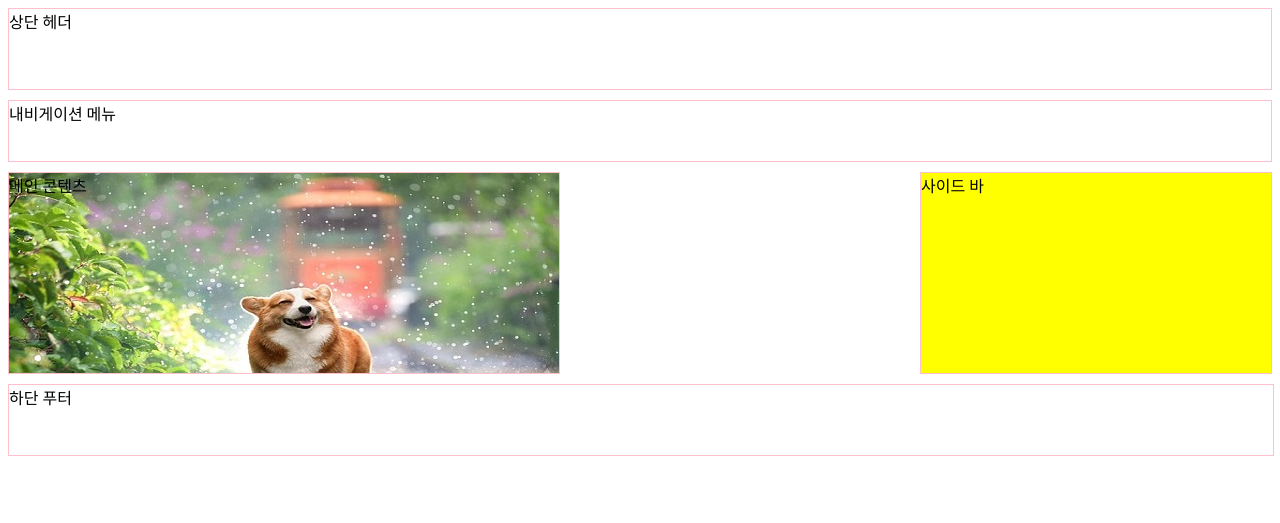
Repository: woosungtae/html_css
Page: pro01/public/woosungtae_1.html
An editor plug-in stored every save of this project. The page is shown before and after the next save, followed by the edit.
The browser window is 1280 px wide. The pictures show the whole page.

Above is the page before, as saved 2022-12-14 05:52:50.

After the next save:
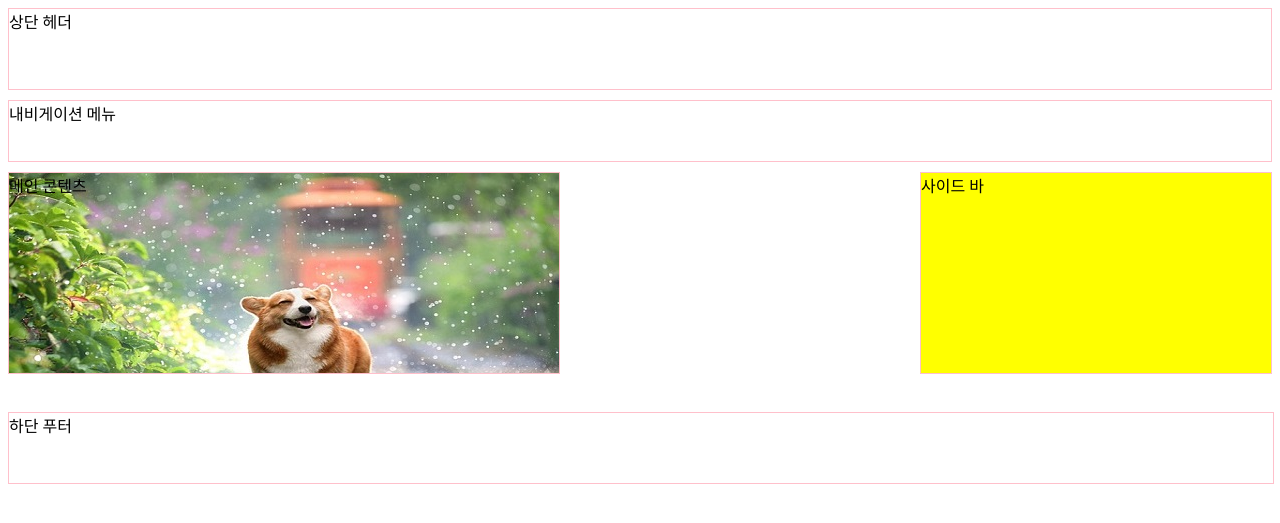
Saved 11 s later.
--- a/pro01/public/woosungtae_1.html
+++ b/pro01/public/woosungtae_1.html
@@ -40,7 +40,7 @@
       border: 1px solid pink;
       height: 70px;
       width: 100%;
-      margin-top: 200px;
+      margin-top: 250px;
         }
     </style>
 </head>

After the save that followed:
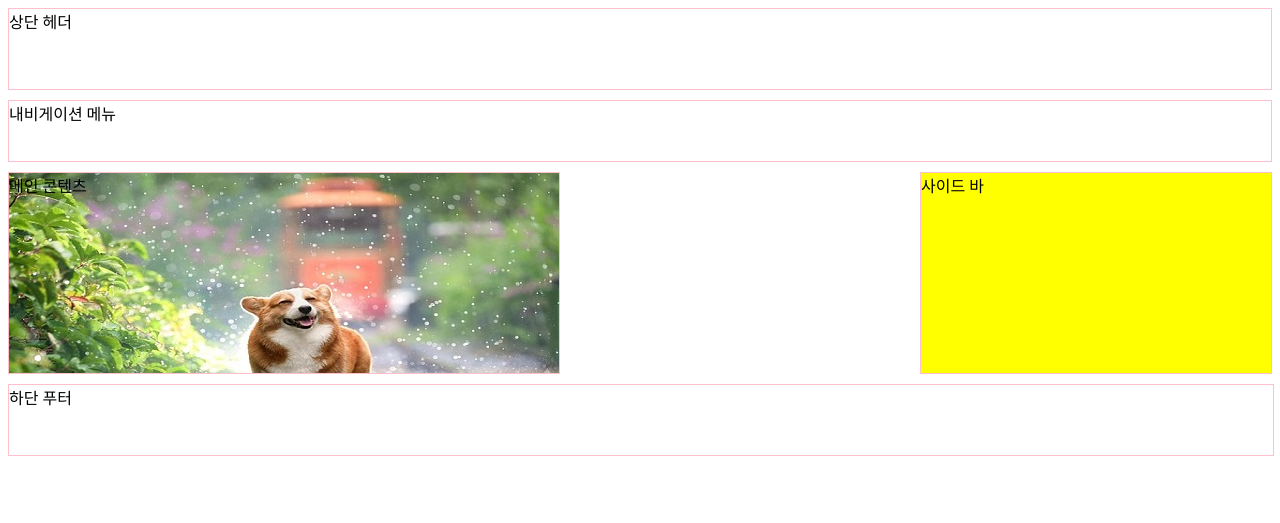
Saved 6 s later.
--- a/pro01/public/woosungtae_1.html
+++ b/pro01/public/woosungtae_1.html
@@ -40,7 +40,7 @@
       border: 1px solid pink;
       height: 70px;
       width: 100%;
-      margin-top: 250px;
+      margin-top: 200px;
         }
     </style>
 </head>
